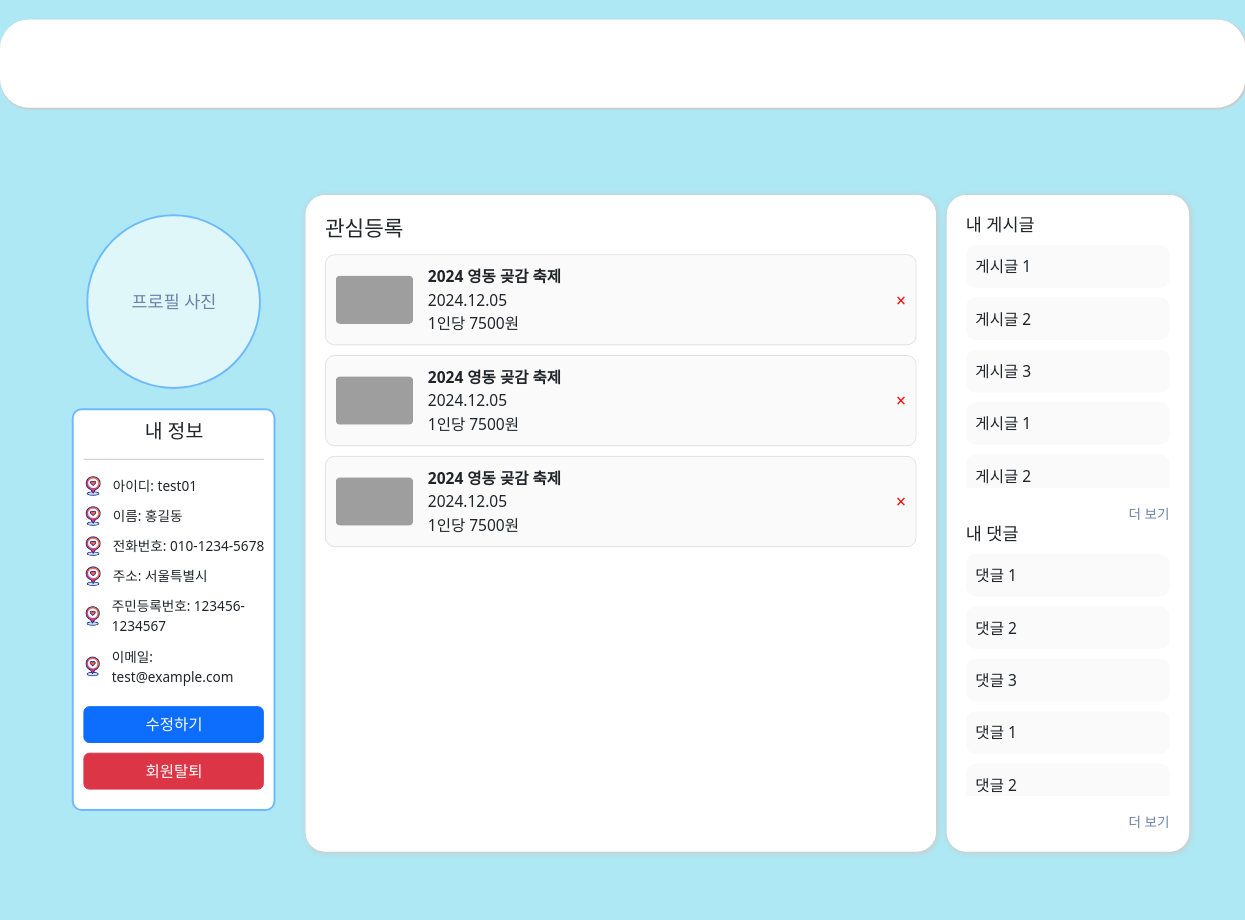
Repository: KimMJ0964/jsp
Page: http://localhost/Trafi/views/mypage/myPageMain.jsp
An editor plug-in stored every save of this project. The page is shown before and after the next save, followed by the edit.
The browser window is 1280 px wide. The page is 1284 px wide, so the pictures cover 1284 px, including what lies to the right of the window. The pictures show the whole page, at 97% of full size.
Pictures or frames that could not be fetched are drawn as grey boxes. The page is served by Tomcat 9.

Above is the page before, as saved 2024-09-19 08:28:51.

### Trafi/src/main/webapp/views/mypage/myPageMain.jsp
<%@ page language="java" contentType="text/html; charset=UTF-8"
    pageEncoding="UTF-8"%>
<!DOCTYPE html>
<html lang="en">
<head>
    <meta charset="UTF-8">
    <meta name="viewport" content="width=device-width, initial-scale=1.0">
    <title>마이페이지</title>

    <!-- Latest compiled and minified CSS -->
    <link href="https://cdn.jsdelivr.net/npm/bootstrap@5.3.3/dist/css/bootstrap.min.css" rel="stylesheet">

    <!-- Latest compiled JavaScript -->
    <script src="https://cdn.jsdelivr.net/npm/bootstrap@5.3.3/dist/js/bootstrap.bundle.min.js"></script>
    <style>
        body {
            margin: 0;
            padding: 0;
            background-color: #ADE8F4;
        }
        .wrap {
            width: 1246px;
            margin: auto;
            padding: 20px;
        }
        #header {
            width: 1284px;
            height: 91px;
            background-color: white;
            border-radius: 30px;
            margin: 20px auto;
            box-shadow: 1px 1px 1px 1px rgb(203, 203, 203);
        }
        .container {
            display: flex;
            justify-content: space-around;
            margin: 50px auto;
            max-width: 1300px;
        }

        /* 프로필 섹션 */
        .profile-section {
            padding: 20px;
            width: 250px;
        }
        .profile-section .profile-image {
            width: 180px;
            height: 180px;
            border-radius: 50%;
            background-color: #E0F7FA;
            margin: 0 auto;
            display: flex;
            justify-content: center;
            align-items: center;
            font-size: 18px;
            color: #6C83A8;
        }
        .profile-section .profile-info {
            margin-top: 20px;
            border: 1px solid #E0E0E0;
            border-radius: 10px;
            padding: 10px;
        }
        .profile-info {
            background-color: white;
            border-radius: 20px;
        }
        .profile-section .profile-info h6 {
            font-size: 18px;
            margin-bottom: 20px;
        }
        .profile-section .profile-info ul {
            list-style: none;
            padding: 0;
            font-size: 14px;
        }
        .profile-section .profile-info ul li {
            margin-bottom: 10px;
            display: flex;
            align-items: center;
        }
        .profile-section .profile-info ul li img {
            width: 20px;
            height: 20px;
            margin-right: 10px;
        }
        .profile-section .profile-buttons {
            text-align: center;
            margin-top: 20px;
        }
        .profile-section .profile-buttons button {
            width: 100%;
            margin-bottom: 10px;
        }

        /* 축제 섹션 */
        .interest-section {
            background-color: white;
            border-radius: 20px;
            padding: 20px;
            width: 650px;
            box-shadow: 1px 1px 5px 1px rgb(203, 203, 203);
        }
        .interest-section h5 {
            font-size: 22px;
            margin-bottom: 15px;
        }
        .interest-section .interest-list {
            list-style: none;
            padding: 0;
            max-height: 400px;
            overflow-y: auto;
        }
        .interest-section .interest-list li {
            background-color: #FAFAFA;
            border: 1px solid #E0E0E0;
            padding: 10px;
            margin-bottom: 10px;
            display: flex;
            justify-content: space-between;
            align-items: center;
            border-radius: 10px;
        }
        .interest-section .interest-list li .info {
            display: flex;
            gap: 15px;
            align-items: center;
        }
        .interest-section .interest-list li img {
            width: 80px;
            height: 50px;
            border-radius: 5px;
        }
        .interest-section .interest-list li .text {
            font-size: 16px;
        }
        .interest-section .interest-list li .remove {
            font-size: 18px;
            color: red;
            cursor: pointer;
        }

        /* 게시글, 댓글 섹션 */
        .posts-comments-section {
            background-color: white;
            border-radius: 20px;
            padding: 20px;
            width: 250px;
            box-shadow: 1px 1px 5px 1px rgb(203, 203, 203);
        }
        .posts-comments-section h5 {
            font-size: 18px;
            margin-bottom: 10px;
        }
        .posts-comments-section ul {
            list-style: none;
            padding: 0;
            font-size: 16px;
            max-height: 250px;
            overflow-y: auto;
        }
        .posts-comments-section ul li {
            padding: 10px;
            background-color: #FAFAFA;
            margin-bottom: 10px;
            border-radius: 10px;
        }
        .posts-comments-section .view-more {
            text-align: right;
            font-size: 14px;
            color: #6C83A8;
            cursor: pointer;
        }

        /* 모달창 */
        .modal {
            position: fixed;
            left: 0;
            top: 0;
            width: 100%;
            height: 100%;
            background-color: rgba(0,0,0,0.5);
            display: flex;
            justify-content: center;
            align-items: center;
        }

        .modal-content {
            background-color: #fff;
            padding: 20px;
            border-radius: 10px;
            width: 450px;
            left: 40%;
            top: 20%;
        }

        .modal-content > form > table > tr > td {
            text-align: left;
        }

        .close {
            float: right;
            font-size: 20px;
            cursor: pointer;
        }

        /* 모바일 반응형 */

        @media (max-width: 480px) {
            .wrap {
                padding: 5px;
            }
            .profile-section, .interest-section, .posts-comments-section {
                padding: 5px;
            }
            .profile-section .profile-image {
                width: 100px;
                height: 100px;
            }
            .interest-section .interest-list li .info img {
                width: 50px;
                height: 30px;
            }
            .posts-comments-section ul li {
                font-size: 12px;
            }
        }
    </style>

</head>
<body>
    <div id="header"></div>
    <div class="wrap">
        <div class="container">
            <!-- Profile Section -->
            <div class="profile-section">
                <div class="profile-image" style="border: 2px solid #6FBAFF;">프로필 사진</div>
                <div class="profile-info" style="border: 2px solid #6FBAFF;">
                    <h5 style="text-align: center;">내 정보</h5>
                    <hr>
                    <ul>
                        <li><img src="./img/profile-icon.png" alt="icon">아이디: test01</li>
                        <li><img src="./img/profile-icon.png" alt="icon">이름: 홍길동</li>
                        <li><img src="./img/profile-icon.png" alt="icon">전화번호: 010-1234-5678</li>
                        <li><img src="./img/profile-icon.png" alt="icon">주소: 서울특별시</li>
                        <li><img src="./img/profile-icon.png" alt="icon">주민등록번호: 123456-1234567</li>
                        <li><img src="./img/profile-icon.png" alt="icon">이메일: test@example.com</li>
                    </ul>
                    <div class="profile-buttons">
                        <button class="btn btn-primary" id="edit-profile-btn">수정하기</button>
                        <button class="btn btn-danger" id="delete-account-btn">회원탈퇴</button>
                    </div>
                </div>
            </div>

            <!-- Interest Section -->
            <div class="interest-section">
                <h5>관심등록</h5>
                <ul class="interest-list">
                    <li>
                        <div class="info">
                            <img src="festival.jpg" alt="축제 이미지">
                            <div class="text">
                                <strong>2024 영동 곶감 축제</strong><br>
                                2024.12.05<br>
                                1인당 7500원
                            </div>
                        </div>
                        <div class="remove">&times;</div>
                    </li>
                    <li>
                        <div class="info">
                            <img src="festival.jpg" alt="축제 이미지">
                            <div class="text">
                                <strong>2024 영동 곶감 축제</strong><br>
                                2024.12.05<br>
                                1인당 7500원
                            </div>
                        </div>
                        <div class="remove">&times;</div>
                    </li>
                    <li>
                        <div class="info">
                            <img src="festival.jpg" alt="축제 이미지">
                            <div class="text">
                                <strong>2024 영동 곶감 축제</strong><br>
                                2024.12.05<br>
                                1인당 7500원
                            </div>
                        </div>
                        <div class="remove">&times;</div>
                    </li>

                    <!-- More items -->
                </ul>
            </div>

            <!-- Posts and Comments Section -->
            <div class="posts-comments-section">
                <div class="posts-comments-container">
                    <!-- My Posts Section -->
                    <div class="posts-section">
                        <h5>내 게시글</h5>
                        <ul>
                            <li>게시글 1</li>
                            <li>게시글 2</li>
                            <li>게시글 3</li>
                            <li>게시글 1</li>
                            <li>게시글 2</li>
                            <li>게시글 3</li>
                            <!-- More posts -->
                        </ul>
                        <div class="view-more">더 보기</div>
                    </div>

                    <!-- My Comments Section -->
                    <div class="comments-section">
                        <h5>내 댓글</h5>
                        <ul>
                            <li>댓글 1</li>
                            <li>댓글 2</li>
                            <li>댓글 3</li>
                            <li>댓글 1</li>
                            <li>댓글 2</li>
                            <li>댓글 3</li>
                            <!-- More comments -->
                        </ul>
                        <div class="view-more">더 보기</div>
                    </div>
                </div>
            </div>
    </div>

    <!-- 모달 구조 -->
    <div class="modal" id="editProfileModal" style="display:none;">
        <div class="modal-content">
            <span class="close">&times;</span>
            <h2>프로필 수정</h2>
            <br>
            <form>
                <table>
                    <tr>
                        <td style="width: 130px;">
                            <label for="name">이름:</label>
                        </td>
                        <td>
                            <input type="text" id="name" name="name" required>
                        </td>
                    </tr>
                    <tr>
                        <td>
                            <label for="phone">전화번호:</label>
                        </td>
                        <td>
                            <input type="text" id="phone" name="phone" required>
                        </td>
                    </tr>
                    <tr>
                        <td>
                            <label for="address">주소:</label>
                        </td>
                        <td>
                            <input type="text" id="address" name="address" required>
                        </td>
                    </tr>
                    <tr>
                        <td>
                            <label for="ssn">주민등록번호:</label>
                        </td>
                        <td>
                            <input type="text" id="ssn" name="ssn" required>
                        </td>
                    </tr>
                    <tr>
                        <td>
                            <label for="email">이메일:</label>
                        </td>
                        <td>
                            <input type="text" id="email" name="email" required> @
                            <select id="email-domain" name="email-domain">
                                <option value="gmail.com">@gmail.com</option>
                                <option value="naver.com">@naver.com</option>
                                <option value="daum.net">@daum.net</option>
                                <option value="custom">직접 입력</option>
                            </select>
                            <input type="text" id="custom-domain" name="custom-domain" style="display:none;" placeholder="직접 입력">
                        </td>
                    </tr>
                </table>
                <br>
                <button type="submit" class="btn btn-primary">저장하기</button>
            </form>
        </div>
    </div>

    <script>
        document.getElementById("delete-account-btn").addEventListener("click", function() {
            if (confirm("정말로 회원탈퇴를 진행하시겠습니까?")) {
                // 네
                alert("회원탈퇴가 진행됩니다.");
            } else {
                // 아니요
                alert("회원탈퇴가 취소되었습니다.");
            }
        });

        // 모달 열기 및 닫기 로직
        var modal = document.getElementById("editProfileModal");
        var btn = document.getElementById("edit-profile-btn");
        var span = document.getElementsByClassName("close")[0];

        btn.onclick = function() {
            modal.style.display = "block";
        }

        span.onclick = function() {
            modal.style.display = "none";
        }

        window.onclick = function(event) {
            if (event.target == modal) {
                modal.style.display = "none";
            }
        }

        // 이메일 도메인 선택 시 처리
        var emailDomainSelect = document.getElementById("email-domain");
        var customDomainInput = document.getElementById("custom-domain");

        emailDomainSelect.onchange = function() {
            if (emailDomainSelect.value === "custom") {
                customDomainInput.style.display = "inline-block";
            } else {
                customDomainInput.style.display = "none";
                customDomainInput.value = ""; // 입력 필드를 초기화
            }
        }
    </script>
</body>
</html>

After the next save:
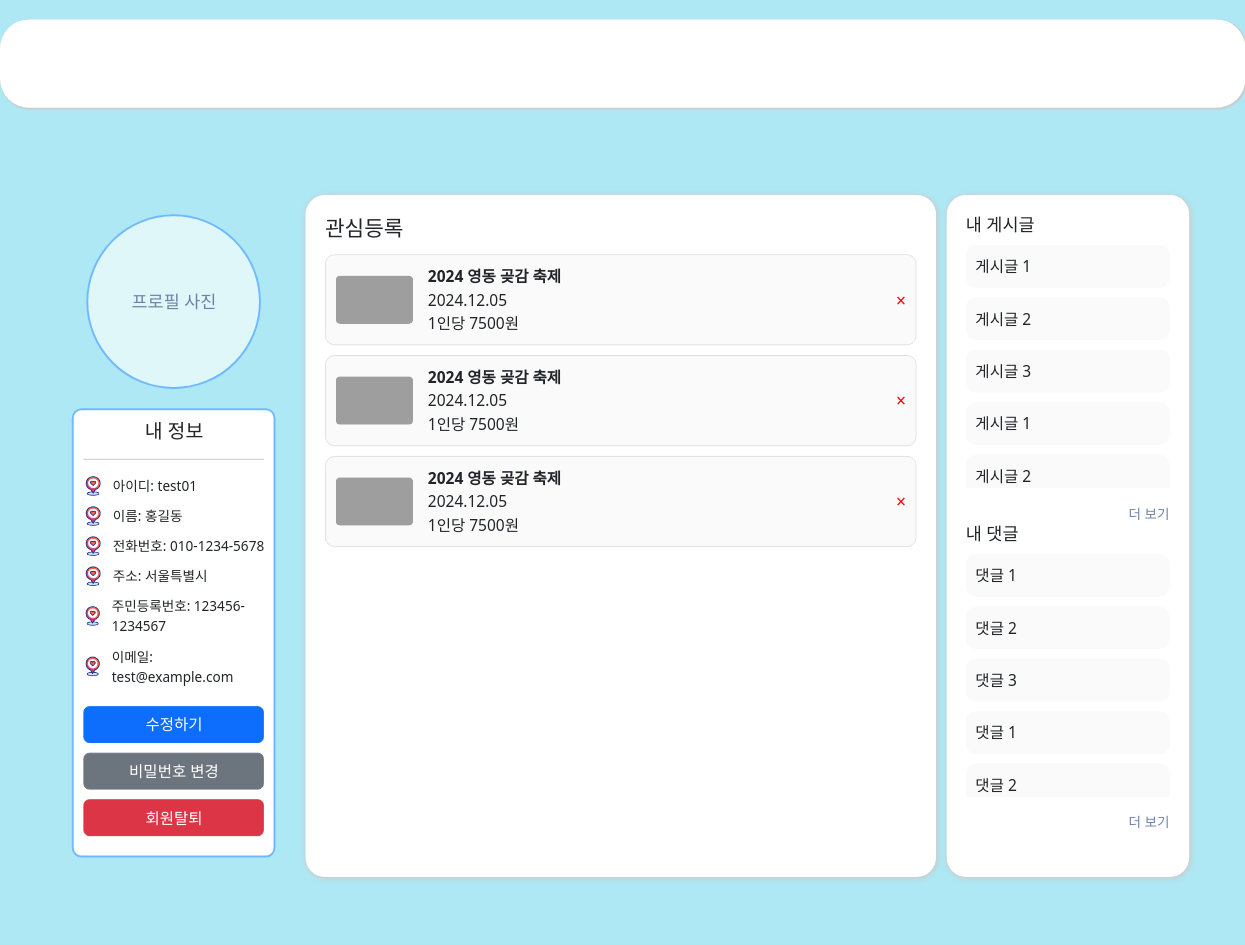
Saved 50 s later.
--- a/Trafi/src/main/webapp/views/mypage/myPageMain.jsp
+++ b/Trafi/src/main/webapp/views/mypage/myPageMain.jsp
@@ -248,6 +248,7 @@
                     </ul>
                     <div class="profile-buttons">
                         <button class="btn btn-primary" id="edit-profile-btn">수정하기</button>
+                        <button class="btn btn-secondary" id="edit-pwd-btn">비밀번호 변경</button>
                         <button class="btn btn-danger" id="delete-account-btn">회원탈퇴</button>
                     </div>
                 </div>
